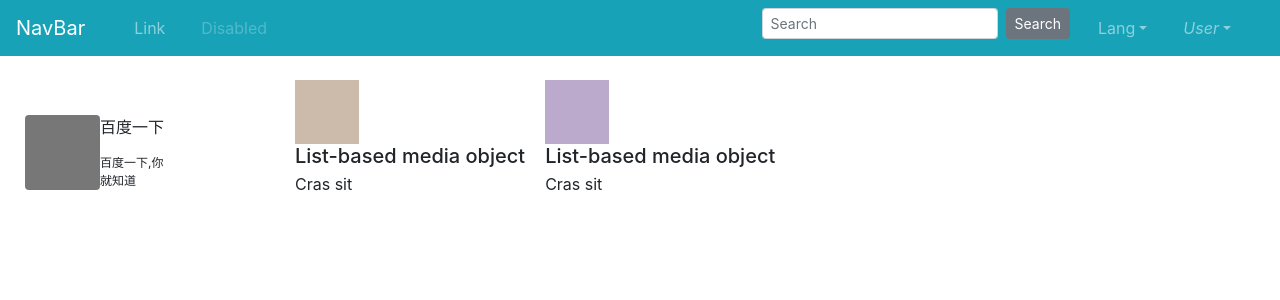
Repository: Funnyrz/vue-nav
Page: /
These files come from the project's save history. The page is drawn as it stood at one moment and after the next save; the edit follows.
The browser window is 1280 px wide. The pictures show the whole page.
The project was rebuilt for these pictures with package versions that can differ from the ones it lists, and the page was loaded fresh each time.

Above is the page before, as saved 2020-08-26 12:07:44.

### public/index.html
<!DOCTYPE html>
<html lang="en">
  <head>
    <meta charset="utf-8">
    <meta http-equiv="X-UA-Compatible" content="IE=edge">
    <meta name="viewport" content="width=device-width,initial-scale=1.0">
    <link rel="icon" href="<%= BASE_URL %>favicon.ico">
    <title>vue-pic</title>
  </head>
  <body>
    <noscript>
      <strong>We're sorry but vue-pic doesn't work properly without JavaScript enabled. Please enable it to continue.</strong>
    </noscript>
    <div id="app"></div>
    <!-- built files will be auto injected -->
  </body>
</html>

### src/main.js
import Vue from 'vue'
import App from './App.vue'
import 'bootstrap/dist/css/bootstrap.css'
import 'bootstrap-vue/dist/bootstrap-vue.css'
import BootstrapVue from 'bootstrap-vue'
// ES Modules syntax

// require syntax

Vue.use(BootstrapVue)
Vue.config.productionTip = false

new Vue({
  render: h => h(App),
}).$mount('#app')

### src/App.vue
<template>
  <div id="app">
    <HelloWorld msg="Welcome to Your Vue.js App" />
  </div>
</template>

<script>
import HelloWorld from "./components/HelloWorld.vue";

export default {
  name: "app",
  components: {
    HelloWorld
  }
};
</script>

<style>
.container-fluid {
  width: 80%;
}
</style>

### src/components/HelloWorld.vue
<template>
  <div class="hello">
    <div>
      <b-navbar toggleable="lg" type="dark" variant="info">
        <b-navbar-brand href="#">NavBar</b-navbar-brand>

        <b-navbar-toggle target="nav-collapse"></b-navbar-toggle>
        <b-container fluid>
          <b-collapse id="nav-collapse" is-nav>
            <b-navbar-nav>
              <b-nav-item href="#">Link</b-nav-item>
              <b-nav-item href="#" disabled>Disabled</b-nav-item>
            </b-navbar-nav>

            <!-- Right aligned nav items -->
            <b-navbar-nav class="ml-auto">
              <b-nav-form>
                <b-form-input size="sm" class="mr-sm-2" placeholder="Search"></b-form-input>
                <b-button size="sm" class="my-2 my-sm-0" type="submit">Search</b-button>
              </b-nav-form>

              <b-nav-item-dropdown text="Lang" right>
                <b-dropdown-item href="#">EN</b-dropdown-item>
                <b-dropdown-item href="#">ES</b-dropdown-item>
                <b-dropdown-item href="#">RU</b-dropdown-item>
                <b-dropdown-item href="#">FA</b-dropdown-item>
              </b-nav-item-dropdown>

              <b-nav-item-dropdown right>
                <!-- Using 'button-content' slot -->
                <template v-slot:button-content>
                  <em>User</em>
                </template>
                <b-dropdown-item href="#">Profile</b-dropdown-item>
                <b-dropdown-item href="#">Sign Out</b-dropdown-item>
              </b-nav-item-dropdown>
            </b-navbar-nav>
          </b-collapse>
        </b-container>
      </b-navbar>

      <b-container fluid>
        <div>
          <ul class="list-unstyled">
            <b-media tag="li" style="width:20%">
              <template v-slot:aside>
                <b-img v-bind="mainProps" rounded alt="placeholder"></b-img>
                <div style="position:relative;">
                  百度一下
                 <div style="font-size:12px;bottom:0px;position:absolute;">
                  百度一下,你就知道
                </div>
                </div>

              </template>
            </b-media>

            <b-media tag="li" class="my-4">
              <template v-slot:aside>
                <b-img blank blank-color="#cba" width="64" alt="placeholder"></b-img>
              </template>

              <h5 class="mt-0 mb-1">List-based media object</h5>
              <p class="mb-0">Cras sit</p>
            </b-media>

            <b-media tag="li">
              <template v-slot:aside>
                <b-img blank blank-color="#bac" width="64" alt="placeholder"></b-img>
              </template>

              <h5 class="mt-0 mb-1">List-based media object</h5>
              <p class="mb-0">Cras sit</p>
            </b-media>
          </ul>
        </div>
      </b-container>
    </div>
  </div>
</template>

<script>
export default {
  name: "HelloWorld",
  props: {
    msg: String
  },
  data() {
    return {
      mainProps: {
        blank: true,
        blankColor: "#777",
        width: 75,
        height: 75,
        class: "m1"
      }
    };
  },
  mounted() {}
};
</script>

<!-- Add "scoped" attribute to limit CSS to this component only -->
<style scoped>
h3 {
  margin: 40px 0 0;
}
ul {
  list-style-type: none;
  padding: 0;
}
li {
  display: inline-block;
  margin: 0 10px;
}
a {
  color: #42b983;
}
</style>

After the next save:
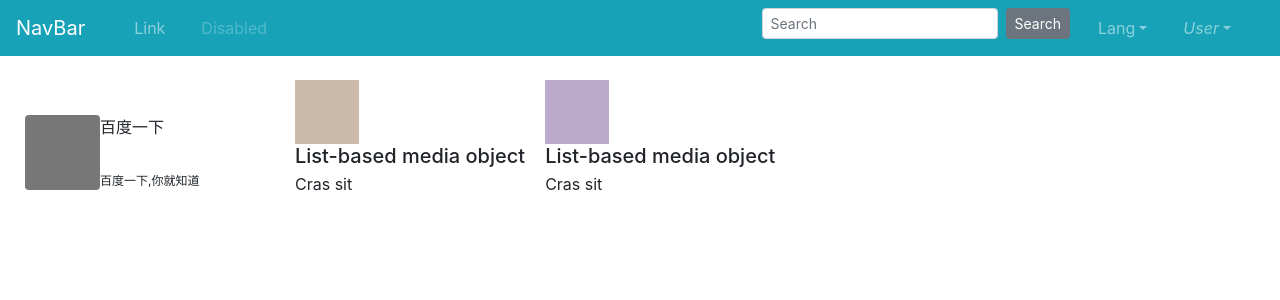
Saved 40 s later.
--- a/src/components/HelloWorld.vue
+++ b/src/components/HelloWorld.vue
@@ -45,7 +45,7 @@
             <b-media tag="li" style="width:20%">
               <template v-slot:aside>
                 <b-img v-bind="mainProps" rounded alt="placeholder"></b-img>
-                <div style="position:relative;">
+                <div style="position:relative;width:100%">
                   百度一下
                  <div style="font-size:12px;bottom:0px;position:absolute;">
                   百度一下,你就知道
